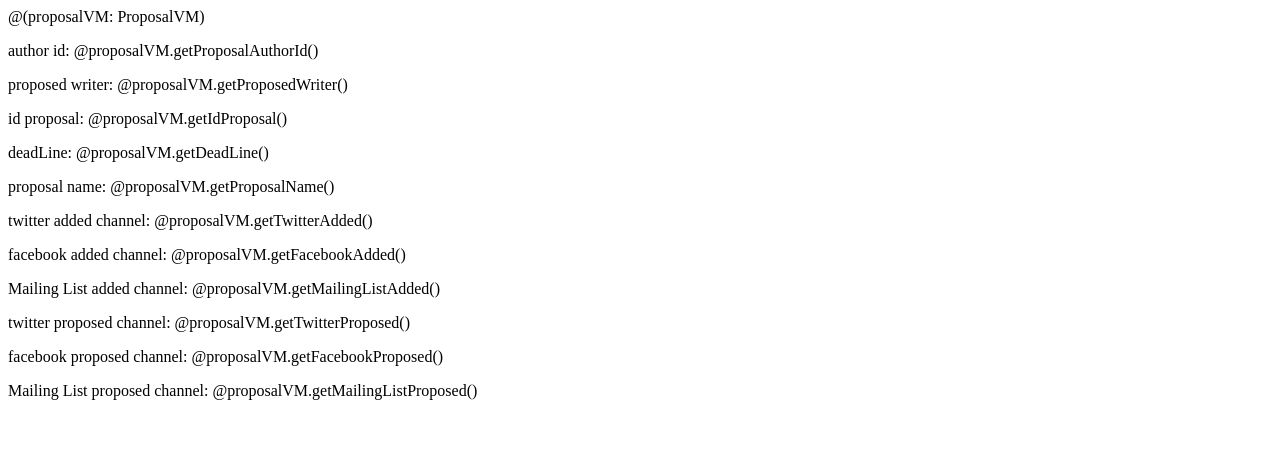
Repository: spirale-software/labo_master
Page: Application/oneDotCom/app/views/detailProposalTest.scala.html
An editor plug-in stored every save of this project. The page is shown before and after the next save, followed by the edit.
The browser window is 1280 px wide. The pictures show the whole page.

Above is the page before, as saved 2017-04-11 15:23:31.

After the next save:
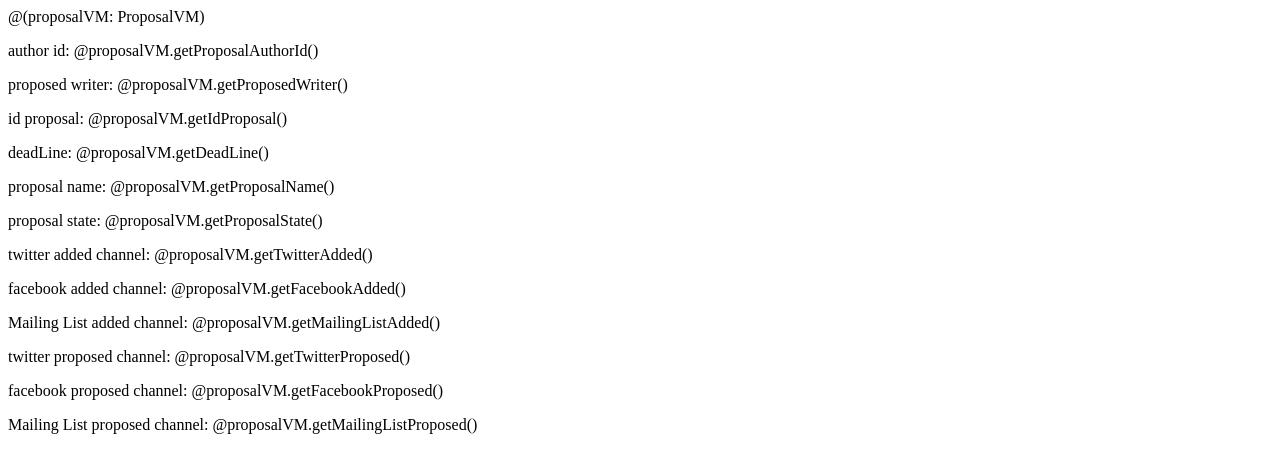
Saved 17 min 40 s later.
--- a/Application/oneDotCom/app/views/detailProposalTest.scala.html
+++ b/Application/oneDotCom/app/views/detailProposalTest.scala.html
@@ -11,6 +11,8 @@
 
 <p>proposal name: @proposalVM.getProposalName()</p>
 
+<p>proposal state: @proposalVM.getProposalState()</p>
+
 <p>twitter added channel: @proposalVM.getTwitterAdded()</p>
 
 <p>facebook added channel: @proposalVM.getFacebookAdded()</p>
